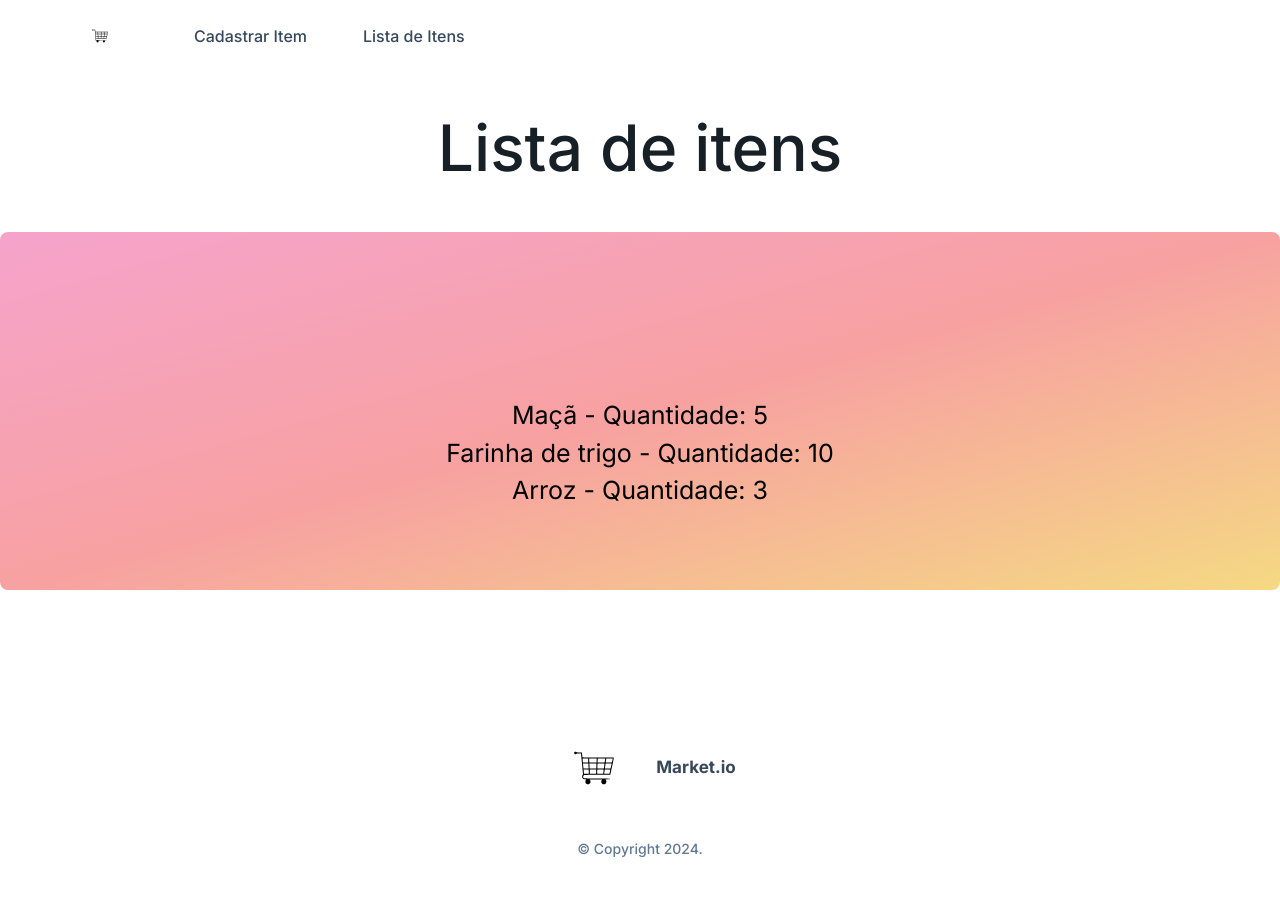
Repository: saraalves09/Avaliacao-01
Page: /list
These files come from the project's save history. The page is drawn as it stood at one moment and after the next save; the edit follows.
The browser window is 1280 px wide. The pictures show the whole page.
The project was rebuilt for these pictures with package versions that can differ from the ones it lists, and the page was loaded fresh each time. The framework's server and built-in components were replaced by stand-ins that run in the browser. Also part of the build but not shown: next.config.mjs.

Above is the page before, as saved 2024-04-23 22:13:20.

After the next save:
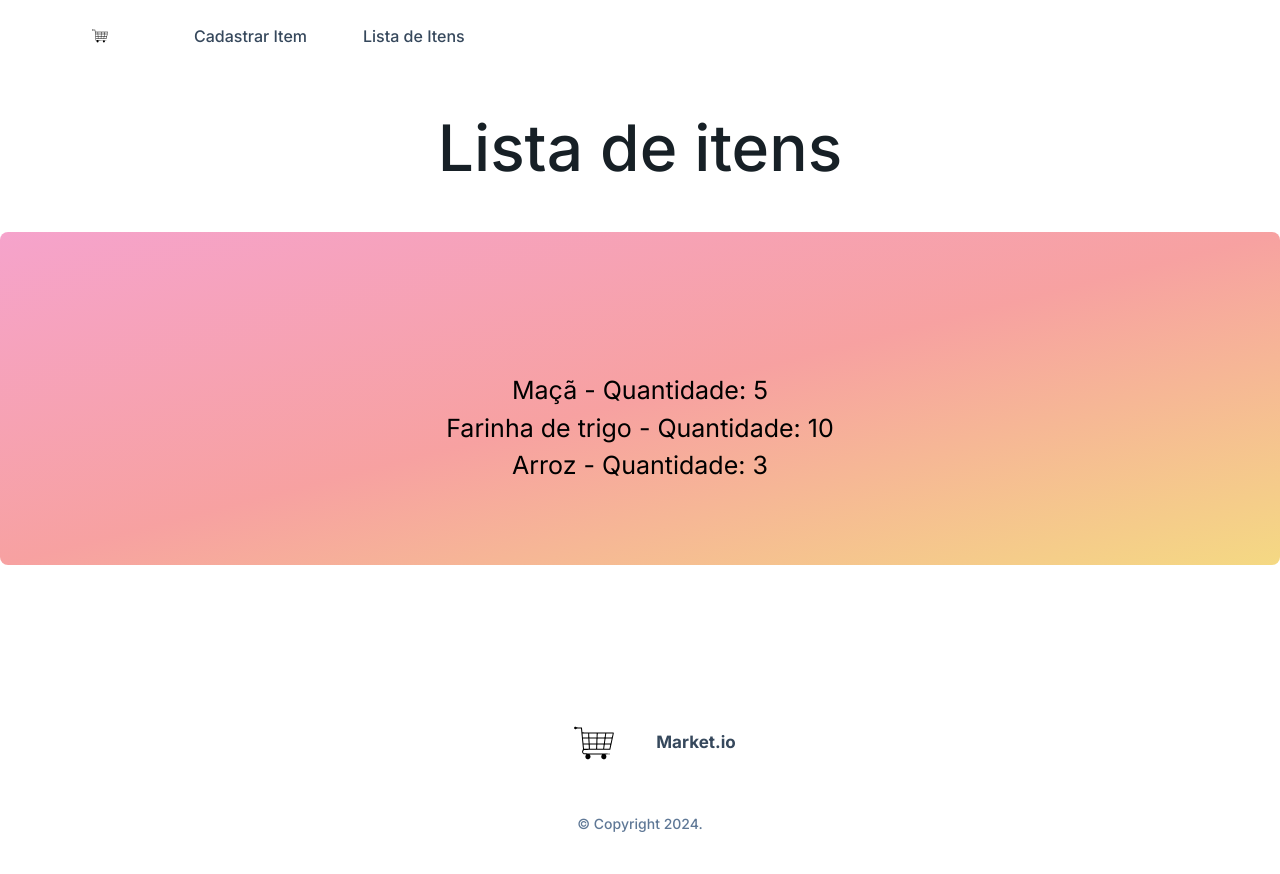
Saved 11 s later.
--- a/app/components/List.tsx
+++ b/app/components/List.tsx
@@ -8,9 +8,8 @@ export function List() {
     </div>
     <div className="w-full rounded-lg bg-gradient-to-br from-pink-500/50 via-red-500/50 to-yellow-500/50 py-8 px-4 text-center lg:my-12 lg:px-10 lg:py-20">
     <div className="pt-4 lg:pt-10">
-
       <div className="flex justify-center text-center text-[25px]">
-      <ul style={{ marginTop: '45px' }}>
+      <ul style={{ marginTop: '20px' }}>
           <li>Maçã - Quantidade: 5</li>
           <li>Farinha de trigo - Quantidade: 10</li>
           <li>Arroz - Quantidade: 3</li>
